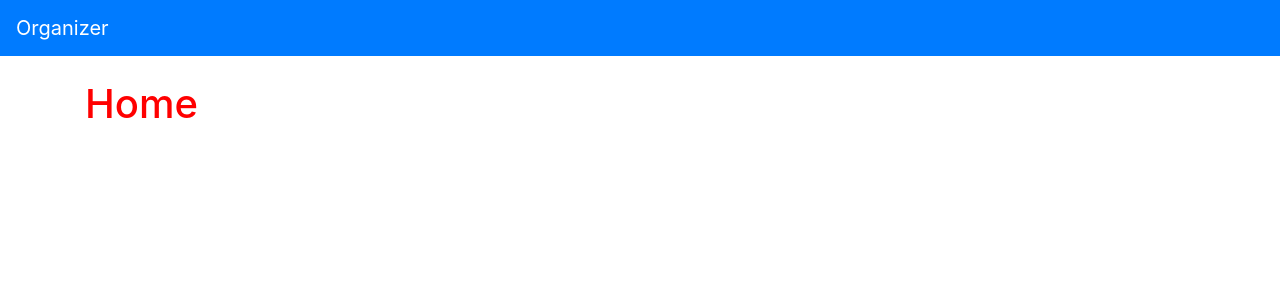
Repository: GregorPiev/orginizer-react-advanced
Page: /
The author's editor kept a copy of each file at every save. The page is drawn from the files as they stood at one save, then again after the next save.
The browser window is 1280 px wide. The pictures show the whole page.
The project was rebuilt for these pictures with package versions that can differ from the ones it lists, and the page was loaded fresh each time. Also part of the build but not shown: src/pages/About/About.scss, src/pages/About/About.js.

Above is the page before, as saved 2020-08-24 10:16:45.

After the next save:
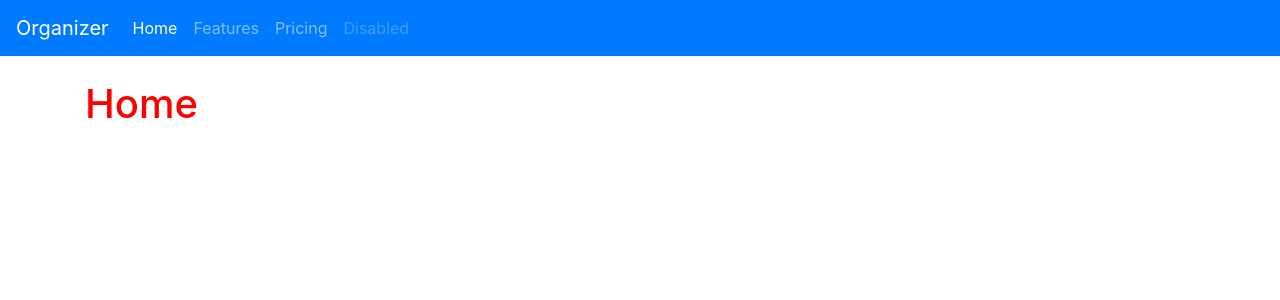
Saved 33 s later.
--- a/src/components/Navbar.js
+++ b/src/components/Navbar.js
@@ -5,5 +5,21 @@ export const Navbar = () => (
         <div className="navbar-brand">
             Organizer
         </div>
+        <div class="collapse navbar-collapse" id="navbarNav">
+            <ul class="navbar-nav">
+                <li class="nav-item active">
+                    <a class="nav-link" href="#">Home <span class="sr-only">(current)</span></a>
+                </li>
+                <li class="nav-item">
+                    <a class="nav-link" href="#">Features</a>
+                </li>
+                <li class="nav-item">
+                    <a class="nav-link" href="#">Pricing</a>
+                </li>
+                <li class="nav-item">
+                    <a class="nav-link disabled" href="#" tabindex="-1" aria-disabled="true">Disabled</a>
+                </li>
+            </ul>
+        </div>
     </nav>
 )
